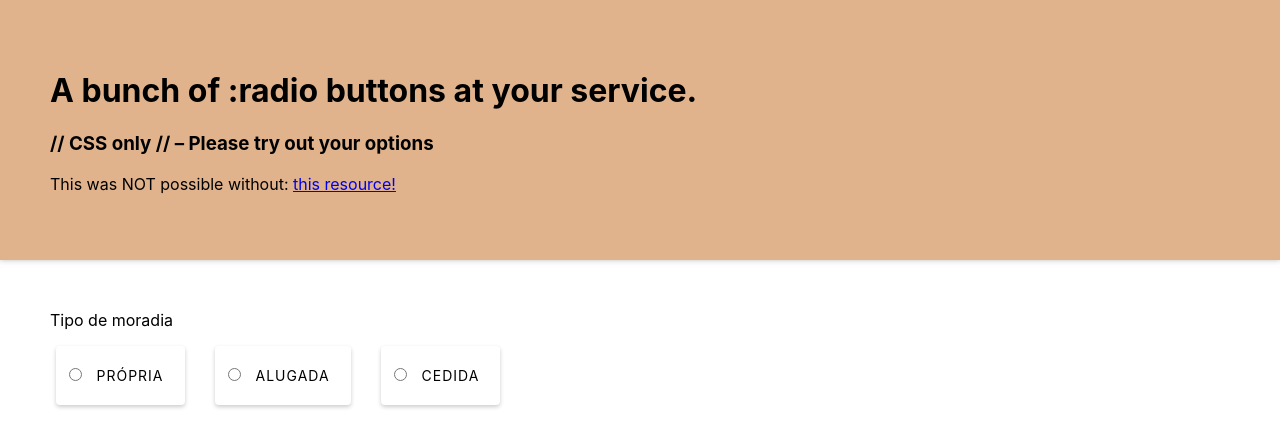
Repository: Gabrielb0rn/Projeto-Formul-rio.io
Page: teste.html
These files come from the project's save history. The page is drawn as it stood at one moment and after the next save; the edit follows.
The browser window is 1280 px wide. The pictures show the whole page.

Above is the page before, as saved 2024-07-01 09:44:45.

### teste.html
<body>
	<header class="hiThere">
	  <h1>A bunch of :radio buttons at your service.</h1>
	  <h3> // CSS only // – Please try out your options</h3>
	  <p>This was NOT possible without: <a href="https://codepen.io/ig_design/pen/dLNKgM?editors=1100">this resource!</a>
		<link rel="stylesheet" href="styles.css">
	</header>
	<div>
	  <p>Tipo de moradia</p>

	  <input class="checkbox-tools" type="radio" name="tools" id="eclipse">
	  <label for="eclipse">
		Própria
	  </label>

	  <input class="checkbox-tools" type="radio" name="tools" id="square">
	  <label for="square">
		Alugada
	  </label>

	  <input class="checkbox-tools" type="radio" name="tools" id="box">
	  <label for="box">
		Cedida
	  </label>
	</div>
  </body>

### styles.css
body {
    font-family: -apple-system, system-ui, BlinkMacSystemFont, "Segoe UI", Roboto,
      "Helvetica Neue", Arial, sans-serif;
    margin: 0;
    padding: 0;
  }

  header {
    background-color: #e0b38d;
    position: relative;
    top: 0;
    box-shadow: 0 -3px 7px 1px rgba(49, 49, 49, 0.56);
    padding: 50px;
    margin-bottom: 40px;
  }

  div {
    margin: 50px;
  }

  /* This hides the default radio buttons
  [type="checkbox"]:checked,
  [type="checkbox"]:not(:checked),
  [type="radio"]:checked,
  [type="radio"]:not(:checked){
    position: absolute;
    left: -9999px;
    width: 0;
    height: 0;
    visibility: hidden;
  }

  */

  [type="radio"]:checked,
  [type="radio"]:not(:checked) {
    position: relative;
    left: 14px;
    z-index: 99;
  }

  .checkbox-tools:checked + label,
  .checkbox-tools:not(:checked) + label {
    position: relative;
    display: inline-block;
    padding: 20px 20px 20px 40px;
    font-size: 14px;
    letter-spacing: 1px;
    text-align: left;
    border-radius: 4px;
    text-transform: uppercase;
    color: black;
    -webkit-transition: box-shadow 150ms ease;
    transition: box-shadow 150ms ease;
    left: -20px;
  }

  .checkbox-tools:checked + label {
    background-color: white;
    border: 1px solid #333;
    /* box-shadow: 0 8px 16px 0 rgba(0, 0, 0, 0.2); */
    box-shadow: 0 2px 4px 0 rgba(0, 0, 0, 0.2);
  }

  .checkbox-tools:not(:checked) + label {
    background-color: white;
    border: 1px solid transparent;
    box-shadow: 0 2px 4px 0 rgba(0, 0, 0, 0.2);
  }

  .checkbox-tools:not(:checked) + label:hover,
  .checkbox-tools:checked + label:hover,
  [type="radio"]:hover + label {
    box-shadow: 0 8px 12px 0 rgba(0, 0, 0, 0.2);
    cursor: pointer;
    -webkit-transition: box-shadow 300ms ease;
    transition: box-shadow 300ms ease;
  }

After the next save:
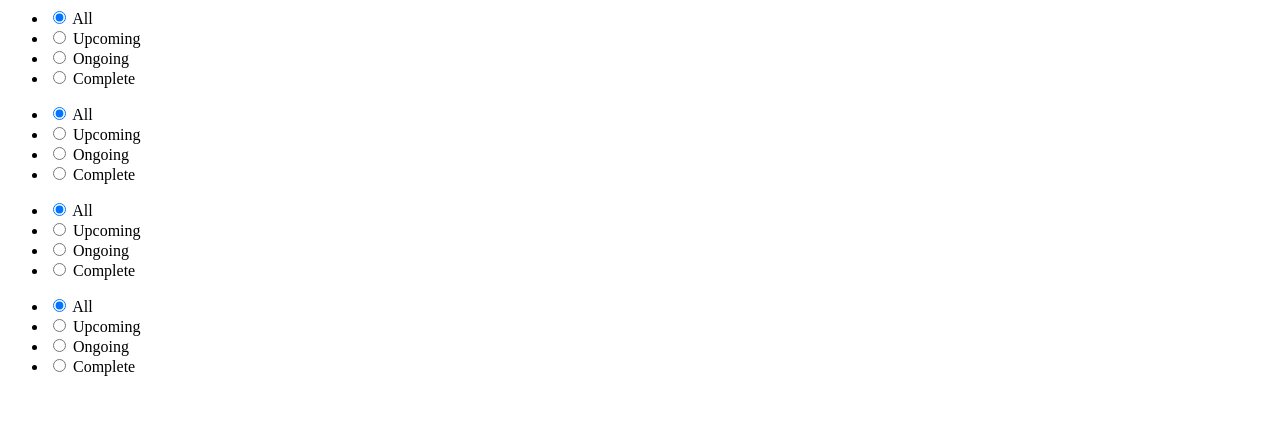
Saved 6 min 37 s later.
--- a/teste.html
+++ b/teste.html
@@ -1,26 +1,113 @@
-<body>
-	<header class="hiThere">
-	  <h1>A bunch of :radio buttons at your service.</h1>
-	  <h3> // CSS only // – Please try out your options</h3>
-	  <p>This was NOT possible without: <a href="https://codepen.io/ig_design/pen/dLNKgM?editors=1100">this resource!</a>
-		<link rel="stylesheet" href="styles.css">
-	</header>
-	<div>
-	  <p>Tipo de moradia</p>
+<body class="flex flex-col items-center py-16 bg-gray-100">
+	<ul id="filter1" class="filter-switch inline-flex items-center relative h-10 p-1 space-x-1 bg-gray-200 rounded-md font-semibold text-blue-600 my-4">
+	  <li class="filter-switch-item flex relative h-8 bg-gray-300x">
+		<input type="radio" name="filter1" id="filter1-0" class="sr-only" checked>
+		<label for="filter1-0" class="h-8 py-1 px-2 text-sm leading-6 text-gray-600 hover:text-gray-800 bg-white rounded shadow">
+		  All
+		</label>
+		<div aria-hidden="true" class="filter-active"></div>
+	  </li>
+	  <li class="filter-switch-item flex relative h-8 bg-gray-300x">
+		<input type="radio" name="filter1" id="filter1-1" class="sr-only">
+		<label for="filter1-1" class="h-8 py-1 px-2 text-sm leading-6 text-gray-600 hover:text-gray-800 bg-white rounded shadow">
+		  Upcoming
+		</label>
+	  </li>
+	  <li class="filter-switch-item flex relative h-8 bg-gray-300x">
+		<input type="radio" name="filter1" id="filter1-2" class="sr-only">
+		<label for="filter1-2" class="h-8 py-1 px-2 text-sm leading-6 text-gray-600 hover:text-gray-800 bg-white rounded shadow">
+		  Ongoing
+		</label>
+	  </li>
+	  <li class="filter-switch-item flex relative h-8 bg-gray-300x">
+		<input type="radio" name="filter1" id="filter1-3" class="sr-only">
+		<label for="filter1-3" class="h-8 py-1 px-2 text-sm leading-6 text-gray-600 hover:text-gray-800 bg-white rounded shadow">
+		  Complete
+		</label>
+	  </li>
+	</ul>
 
-	  <input class="checkbox-tools" type="radio" name="tools" id="eclipse">
-	  <label for="eclipse">
-		Própria
-	  </label>
+	<ul id="filter2" class="filter-switch inline-flex items-center relative h-10 p-1 space-x-1 bg-gray-200 rounded-md font-semibold text-blue-600 my-4 border border-gray-300">
+	  <li class="filter-switch-item flex relative h-8 bg-gray-300x">
+		<input type="radio" name="filter2" id="filter2-0" class="sr-only" checked>
+		<label for="filter2-0" class="h-8 py-1 px-2 text-sm leading-6 text-gray-600 hover:text-gray-800 bg-white rounded shadow">
+		  All
+		</label>
+		<div aria-hidden="true" class="filter-active"></div>
+	  </li>
+	  <li class="filter-switch-item flex relative h-8 bg-gray-300x">
+		<input type="radio" name="filter2" id="filter2-1" class="sr-only">
+		<label for="filter2-1" class="h-8 py-1 px-2 text-sm leading-6 text-gray-600 hover:text-gray-800 bg-white rounded shadow">
+		  Upcoming
+		</label>
+	  </li>
+	  <li class="filter-switch-item flex relative h-8 bg-gray-300x">
+		<input type="radio" name="filter2" id="filter2-2" class="sr-only">
+		<label for="filter2-2" class="h-8 py-1 px-2 text-sm leading-6 text-gray-600 hover:text-gray-800 bg-white rounded shadow">
+		  Ongoing
+		</label>
+	  </li>
+	  <li class="filter-switch-item flex relative h-8 bg-gray-300x">
+		<input type="radio" name="filter2" id="filter2-3" class="sr-only">
+		<label for="filter2-3" class="h-8 py-1 px-2 text-sm leading-6 text-gray-600 hover:text-gray-800 bg-white rounded shadow">
+		  Complete
+		</label>
+	  </li>
+	</ul>
 
-	  <input class="checkbox-tools" type="radio" name="tools" id="square">
-	  <label for="square">
-		Alugada
-	  </label>
+	<ul id="filter3" class="filter-switch inline-flex items-center relative h-10 p-1 space-x-1 bg-gray-200 rounded-md font-semibold text-blue-600 my-4 border border-gray-400">
+	  <li class="filter-switch-item flex relative h-8 bg-gray-300x">
+		<input type="radio" name="filter3" id="filter3-0" class="sr-only" checked>
+		<label for="filter3-0" class="h-8 py-1 px-2 text-sm leading-6 text-gray-600 hover:text-gray-800 bg-white rounded shadow">
+		  All
+		</label>
+		<div aria-hidden="true" class="filter-active"></div>
+	  </li>
+	  <li class="filter-switch-item flex relative h-8 bg-gray-300x">
+		<input type="radio" name="filter3" id="filter3-1" class="sr-only">
+		<label for="filter3-1" class="h-8 py-1 px-2 text-sm leading-6 text-gray-600 hover:text-gray-800 bg-white rounded shadow">
+		  Upcoming
+		</label>
+	  </li>
+	  <li class="filter-switch-item flex relative h-8 bg-gray-300x">
+		<input type="radio" name="filter3" id="filter3-2" class="sr-only">
+		<label for="filter3-2" class="h-8 py-1 px-2 text-sm leading-6 text-gray-600 hover:text-gray-800 bg-white rounded shadow">
+		  Ongoing
+		</label>
+	  </li>
+	  <li class="filter-switch-item flex relative h-8 bg-gray-300x">
+		<input type="radio" name="filter3" id="filter3-3" class="sr-only">
+		<label for="filter3-3" class="h-8 py-1 px-2 text-sm leading-6 text-gray-600 hover:text-gray-800 bg-white rounded shadow">
+		  Complete
+		</label>
+	  </li>
+	</ul>
 
-	  <input class="checkbox-tools" type="radio" name="tools" id="box">
-	  <label for="box">
-		Cedida
-	  </label>
-	</div>
+	<ul id="filter4" class="filter-switch inline-flex items-center relative h-10 p-1 space-x-1 bg-gray-300 rounded-md font-semibold text-blue-600 my-4">
+	  <li class="filter-switch-item flex relative h-8 bg-gray-300x">
+		<input type="radio" name="filter4" id="filter4-0" class="sr-only" checked>
+		<label for="filter4-0" class="h-8 py-1 px-2 text-sm leading-6 text-gray-600 hover:text-gray-800 bg-white rounded shadow">
+		  All
+		</label>
+		<div aria-hidden="true" class="filter-active"></div>
+	  </li>
+	  <li class="filter-switch-item flex relative h-8 bg-gray-300x">
+		<input type="radio" name="filter4" id="filter4-1" class="sr-only">
+		<label for="filter4-1" class="h-8 py-1 px-2 text-sm leading-6 text-gray-600 hover:text-gray-800 bg-white rounded shadow">
+		  Upcoming
+		</label>
+	  </li>
+	  <li class="filter-switch-item flex relative h-8 bg-gray-300x">
+		<input type="radio" name="filter4" id="filter4-2" class="sr-only">
+		<label for="filter4-2" class="h-8 py-1 px-2 text-sm leading-6 text-gray-600 hover:text-gray-800 bg-white rounded shadow">
+		  Ongoing
+		</label>
+	  </li>
+	  <li class="filter-switch-item flex relative h-8 bg-gray-300x">
+		<input type="radio" name="filter4" id="filter4-3" class="sr-only">
+		<label for="filter4-3" class="h-8 py-1 px-2 text-sm leading-6 text-gray-600 hover:text-gray-800 bg-white rounded shadow">
+		  Complete
+		</label>
+	  </li>
+	</ul>
   </body>
